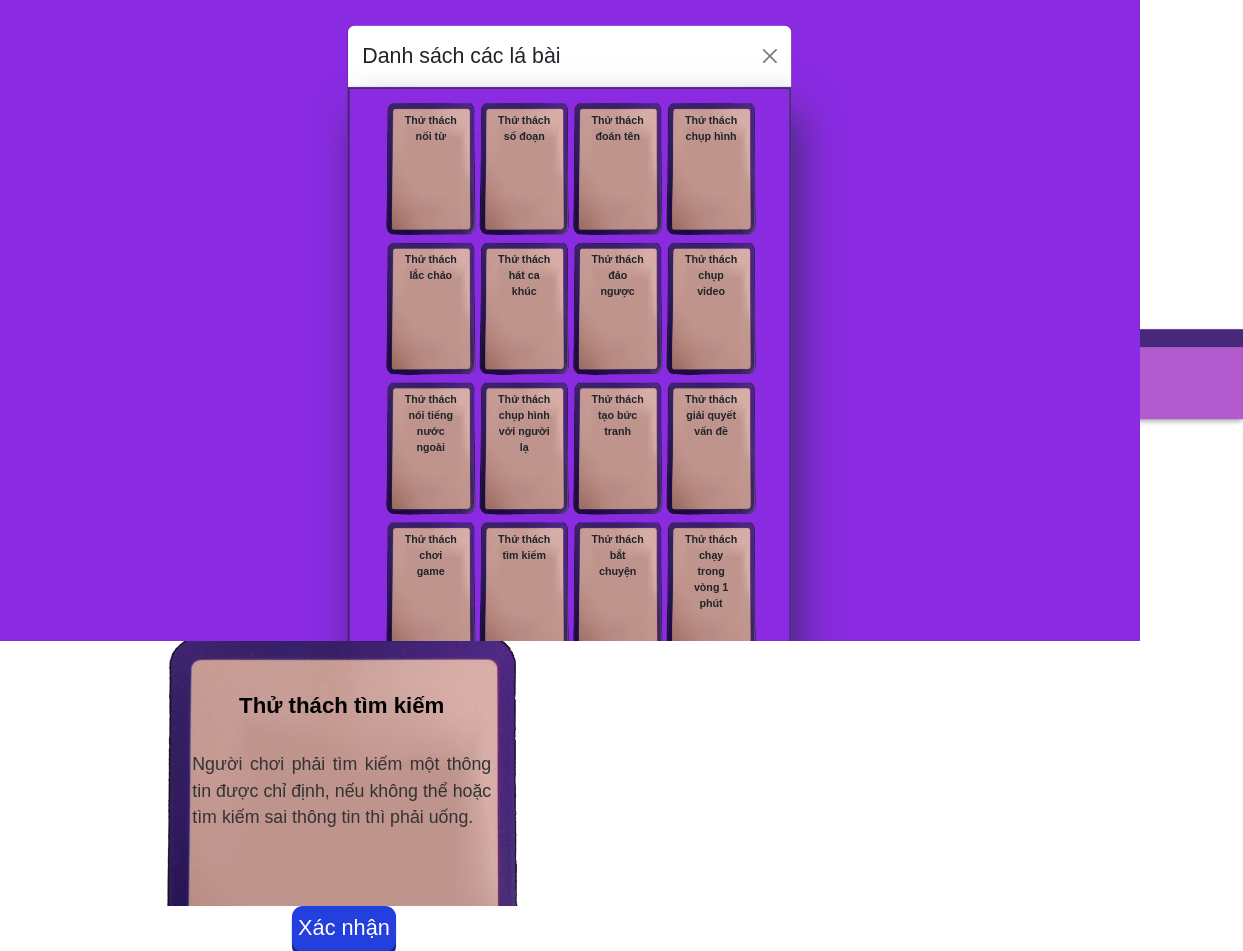
Repository: hivongseth2/drinkGame1
Page: / (app in my-app/), after clicking the first element matching `#buttonBoc`
An editor plug-in stored every save of this project. The page is shown before and after the next save, followed by the edit.
The browser window is 1280 px wide. The page is 1397 px wide, so the pictures cover 1397 px, including what lies to the right of the window. The pictures show the whole page, at 89% of full size.
An inner scrolling area shows only its first screen. The project was rebuilt for these pictures with package versions that can differ from the ones it lists, and the page was loaded fresh each time.

Above is the page before, as saved 2023-01-19 12:04:09.

After the next save:
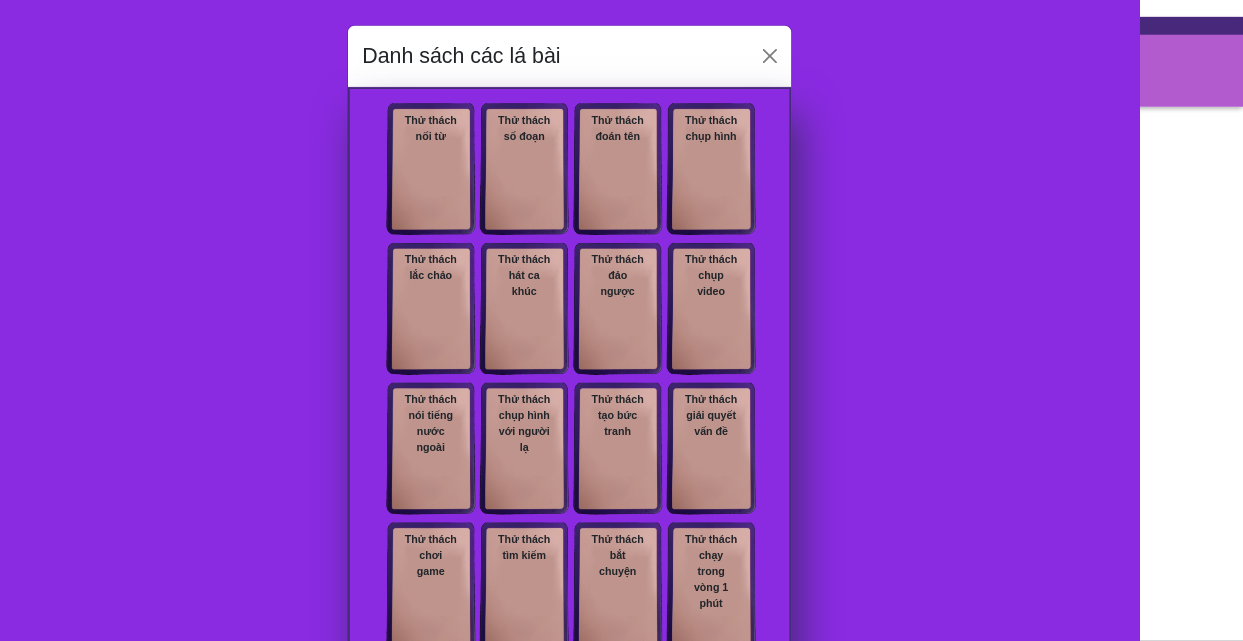
Saved 26 s later.
--- a/my-app/src/views/BocBai.js
+++ b/my-app/src/views/BocBai.js
@@ -77,7 +77,7 @@ class BocBai extends React.Component {
           </>
         ) : (
           <>
-          <div className="BocBai__Container">
+          {/* <div className="BocBai__Container">
             <img className="imgLaBai" src={logo}></img>
             <div className="content">
               <div className="name">{name}</div>
@@ -87,8 +87,7 @@ class BocBai extends React.Component {
             <button className="btnOK" onClick={() => this.btnXacNhan()}>
               Xác nhận
             </button>
-            {/* {console.log(this.state.name)} */}
-          </div>
+          </div> */}
           <div className="BocBai__Container">
             <div className="BocBai__Content" style={{ backgroundImage: `url(${logo})` }}>
               <div className="name">{name}</div>
